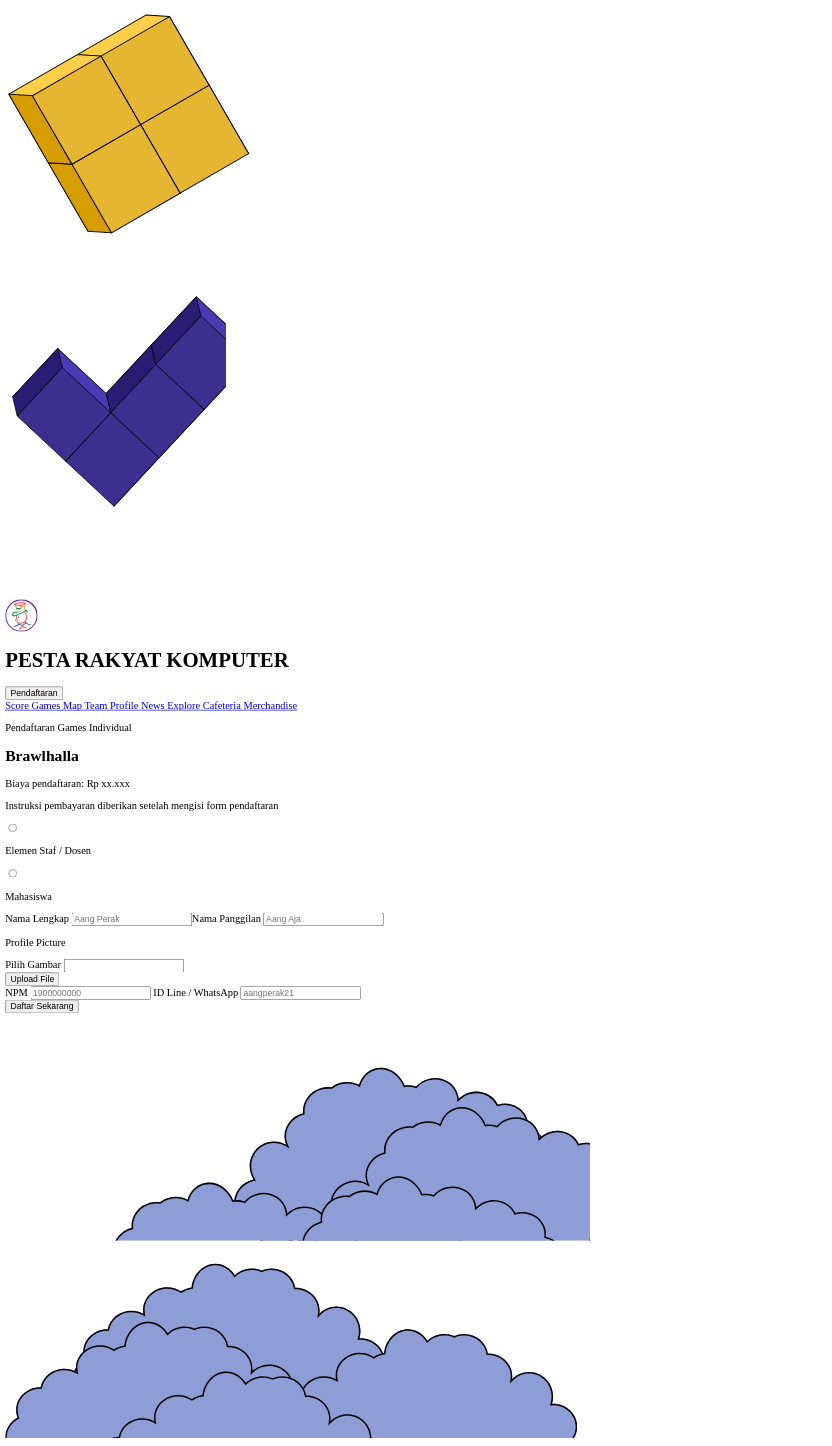
Repository: risalstrr/RegistPerak
Page: /
The author's editor kept a copy of each file at every save. The page is drawn from the files as they stood at one save, then again after the next save.
The browser window is 1280 px wide. The pictures show the whole page, at 65% of full size.
The project was rebuilt for these pictures with package versions that can differ from the ones it lists, and the page was loaded fresh each time. The framework's server and built-in components were replaced by stand-ins that run in the browser. Also part of the build but not shown: next.config.js.

Above is the page before, as saved 2022-01-03 15:20:57.

After the next save:
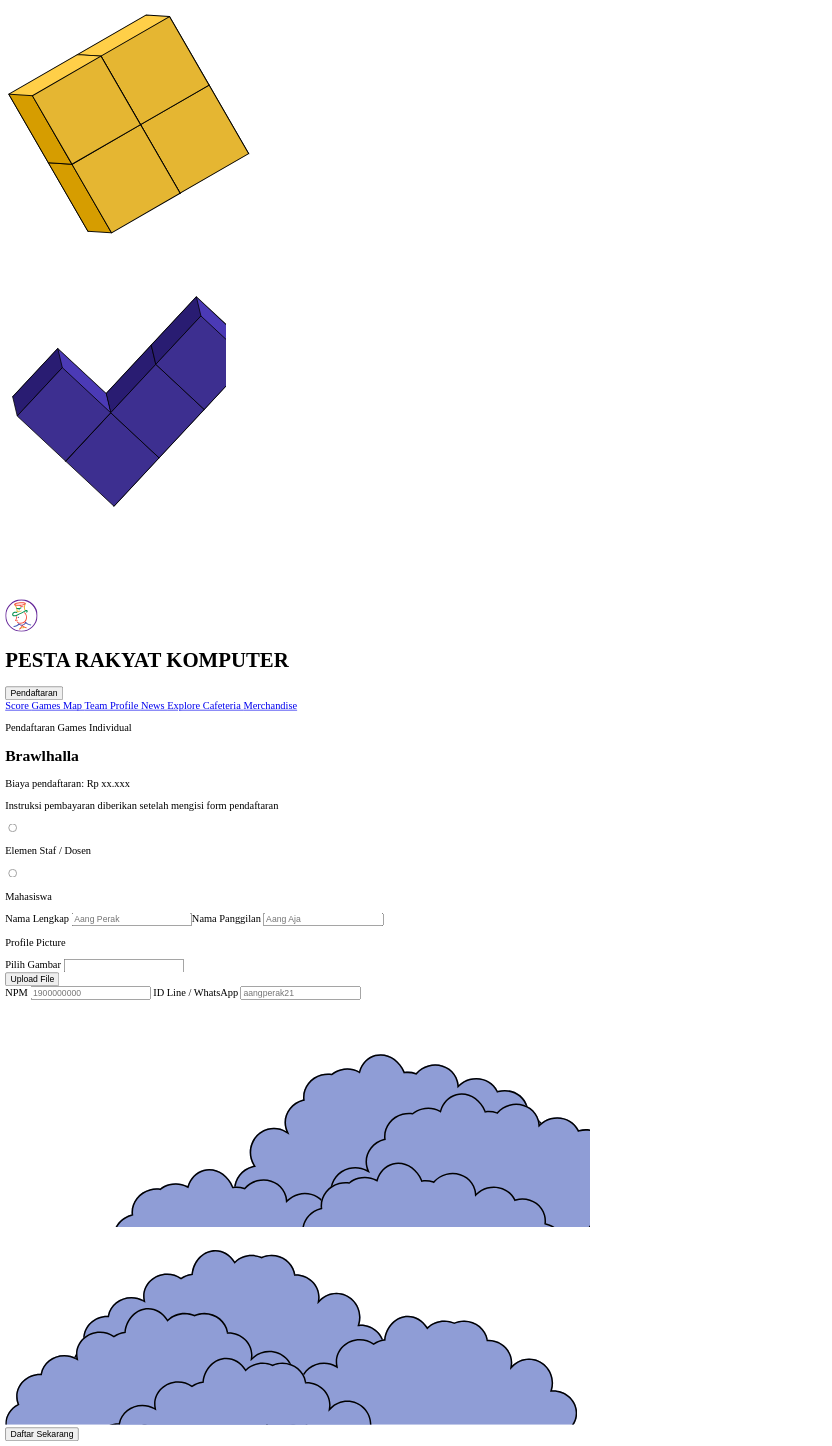
Saved 30 s later.
--- a/pages/index.js
+++ b/pages/index.js
@@ -205,14 +205,6 @@
         /label>
 
         <
-        div className = 'block z-20 pl-10 pt-10 pb-20' >
-        <
-        button className = "rounded-lg z-20 lg:w-4/12 lg:h-10 border-4 border-[#03F182] md:w-4/12 md:h-12 w-5/12 h-12 transition ease-in-out delay-150 bg-[#028F4D] hover:-translate-y-1 hover:scale-110 hover:bg-[#03F182] duration-300 ..." >
-        Daftar Sekarang <
-        /button> <
-        /div>
-
-        <
         div className = 'absolute -bottom-32 right-0' >
         <
         Image src = "/rightcloud.svg"
@@ -232,7 +224,14 @@
         >
 
         <
-        /div>
+        /div>  <
+        div className = 'block z-20 pl-10 pt-10 pb-20' >
+        <
+        button className = "rounded-lg z-20 lg:w-4/12 lg:h-10 border-4 border-[#03F182] md:w-4/12 md:h-12 w-5/12 h-12 transition ease-in-out delay-150 bg-[#028F4D] hover:-translate-y-1 hover:scale-110 hover:bg-[#03F182] duration-300 ..." >
+        Daftar Sekarang <
+        /button> <
+        /div>
+
 
         {
             /* <div className='absolute top-40 right-80'>
